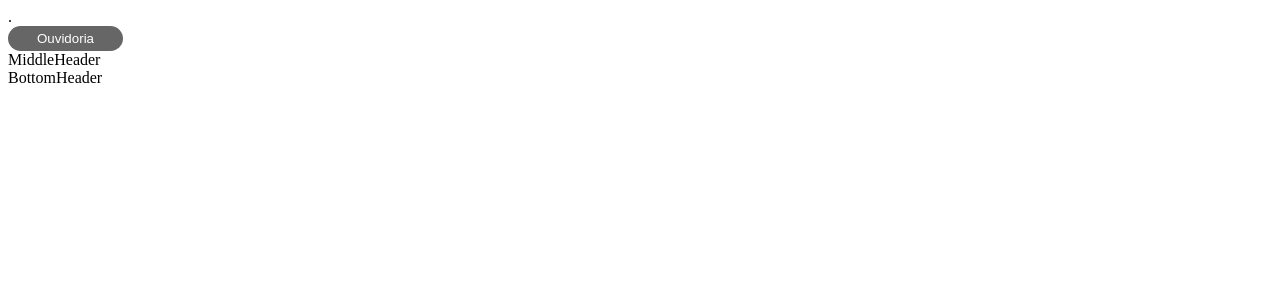
Repository: YuriSarmanho/prodepaSite
Page: / (app in prodepa-site/)
The author's editor kept a copy of each file at every save. The page is drawn from the files as they stood at one save, then again after a run of saves.
The browser window is 1280 px wide. The pictures show the whole page.
The project was rebuilt for these pictures with package versions that can differ from the ones it lists, and the page was loaded fresh each time. Also part of the build but not shown: prodepa-site/src/App.css.

Above is the page before, as saved 2022-12-19 14:23:09.

After the next 4 saves:
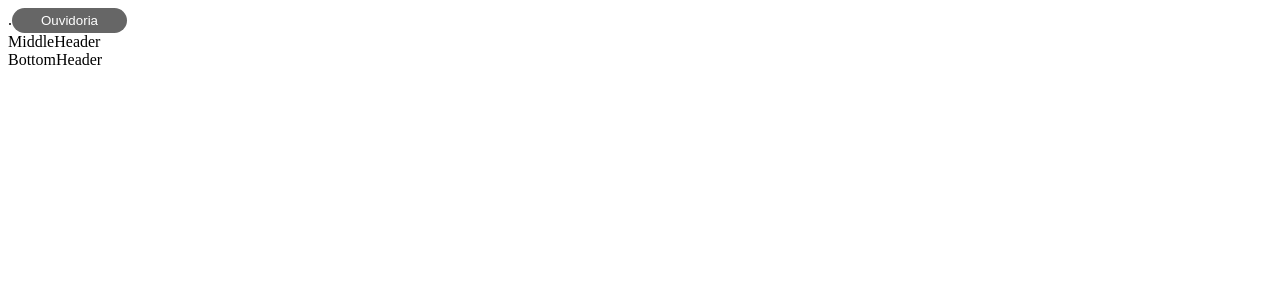
The 4 saves are shown as one change because they came seconds apart.
The last was saved 10 s later.
--- a/prodepa-site/src/sections/Header/TopHeader/index.jsx
+++ b/prodepa-site/src/sections/Header/TopHeader/index.jsx
@@ -5,8 +5,9 @@ import TopHeaderButton from '../../../components/Buttons/TopHeaderButton'
 function TopHeader() {
   return (
     <div className='TopHeaderContainer'>
+      <div className="leftArea"></div>
+      <div className="middleArea"></div>
       .
-      <div className="middleArea"></div>
       <TopHeaderButton children = {'Ouvidoria'}/>
     </div>
   )
